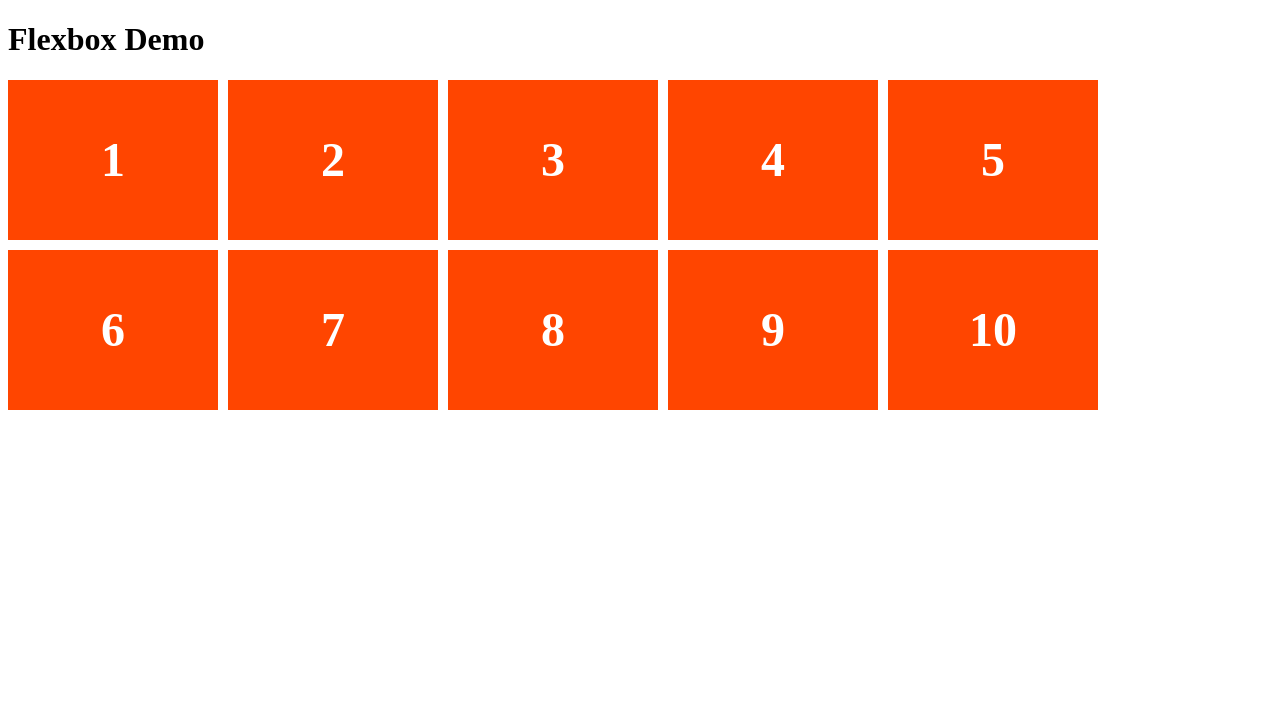
Repository: aniatot/CSS_KT
Page: 6 Flexbox Demo Project/index2.html
The author's editor kept a copy of each file at every save. The page is drawn from the files as they stood at one save, then again after the next save.
The browser window is 1280 px wide. The pictures show the whole page.
Some web fonts or font styles are not loaded; a fallback is used.

Above is the page before, as saved 2023-10-20 11:13:05.

### 6 Flexbox Demo Project/index2.html
<!DOCTYPE html>
<html>

<head>
  <title>Flexbox Pricing Table</title>
  <link rel="preconnect" href="https://fonts.googleapis.com">
  <link rel="preconnect" href="https://fonts.gstatic.com" crossorigin>
  <link href="https://fonts.googleapis.com/css2?family=Sono:wght@400;700&display=swap" rel="stylesheet">
  <style>
.flex-container {
  /* We first create a flex layout context */
  display: flex;
  flex-wrap: wrap;
  /* flex-flow: row wrap; */

  /* Then we define how is distributed the remaining space */
  justify-content: flex-start;
  padding: 0;
  margin: 0;
  list-style: none;
  gap: 10px;
}

.flex-item {
  background: orangered;
  padding: 5px;
  width: 200px;
  height: 150px;
  line-height: 150px;
  color: white;
  font-weight: bold;
  font-size: 3em;
  text-align: center;
}

/*NB: actual content width < Width < flex-basis < min-width/max-width */

/* .flex-item:nth-child(odd) {
  background: red;
  flex:1 0 200px;
}

.flex-item:nth-child(even) {
  background: limegreen;
  flex: 2 0 400px;
} */
  </style>
</head>

<body>
  <div class="container">
    <h1>Flexbox Demo</h1>

    <ul class="flex-container">
      <li class="flex-item">1</li>
      <li class="flex-item">2</li>
      <li class="flex-item">3</li>
      <li class="flex-item">4</li>
      <li class="flex-item">5</li>
      <li class="flex-item">6</li>
      <li class="flex-item">7</li>
      <li class="flex-item">8</li>
      <li class="flex-item">9</li>
      <li class="flex-item">10</li>
    </ul>
  </div>

</body>

</html>

After the next save:
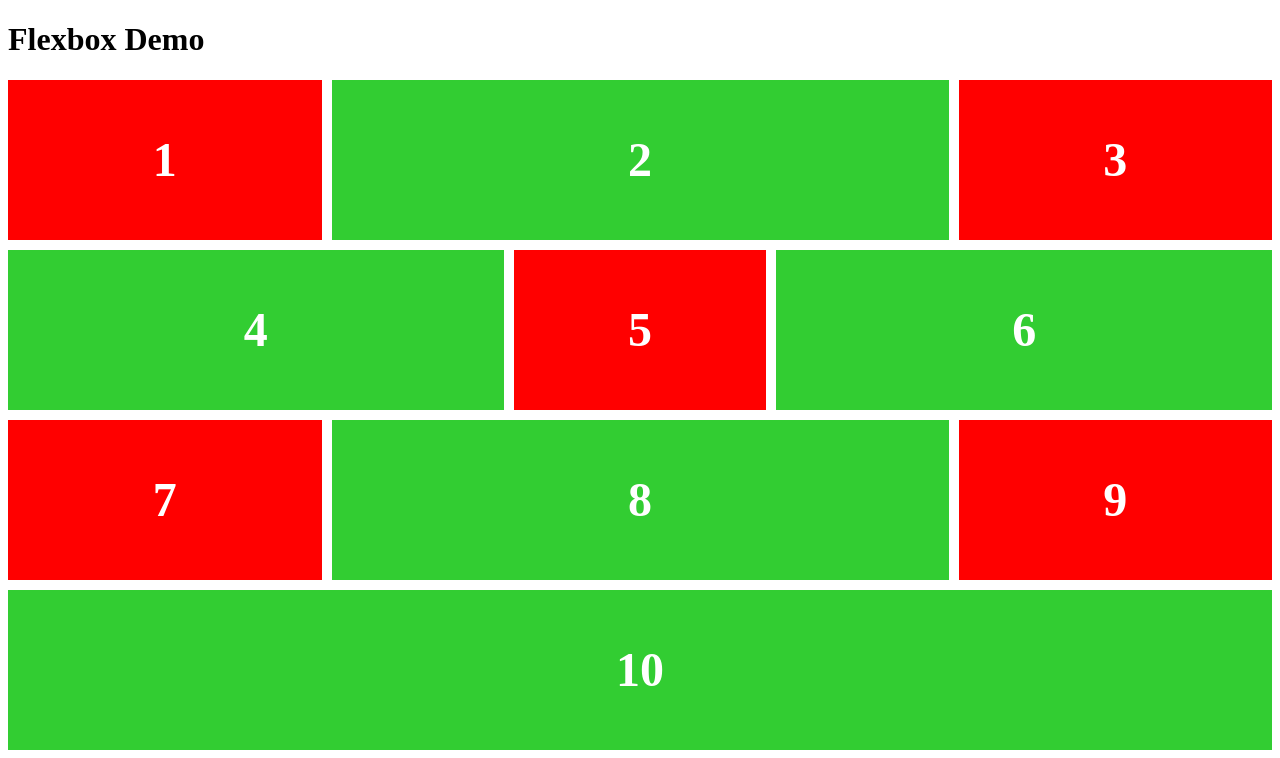
Saved 3 min 5 s later.
--- a/6 Flexbox Demo Project/index2.html
+++ b/6 Flexbox Demo Project/index2.html
@@ -35,7 +35,7 @@
 
 /*NB: actual content width < Width < flex-basis < min-width/max-width */
 
-/* .flex-item:nth-child(odd) {
+.flex-item:nth-child(odd) {
   background: red;
   flex:1 0 200px;
 }
@@ -43,7 +43,7 @@
 .flex-item:nth-child(even) {
   background: limegreen;
   flex: 2 0 400px;
-} */
+}
   </style>
 </head>
 
